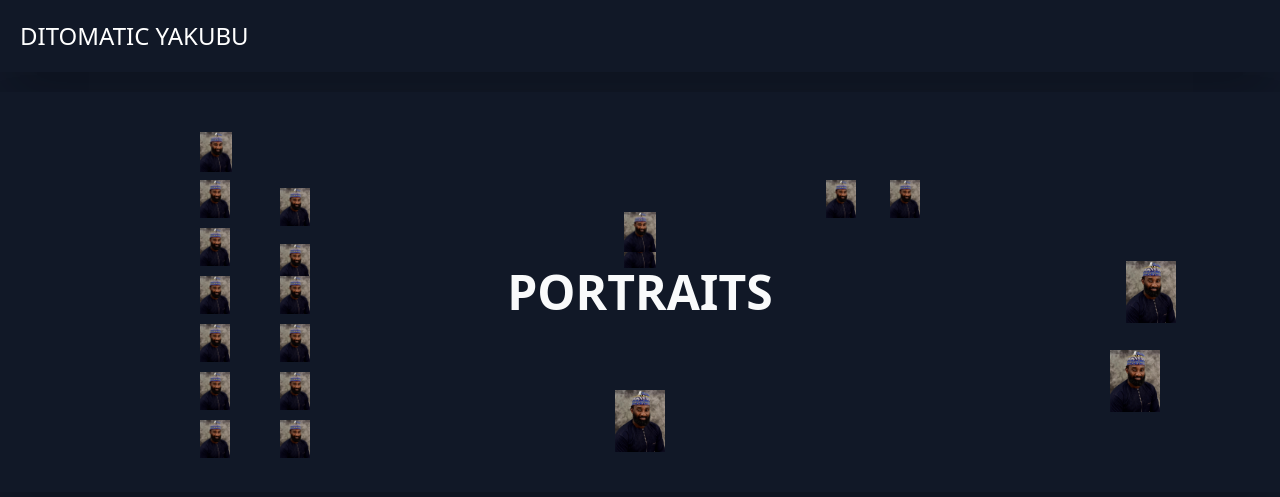
Repository: latenightsnacc/Ditomatic-Demo
Page: home.html
An editor plug-in stored every save of this project. The page is shown before and after the next save, followed by the edit.
The browser window is 1280 px wide. The pictures show the whole page.
Some web libraries are served in a nearby version.

Above is the page before, as saved 2021-02-24 12:17:45.

After the next save:
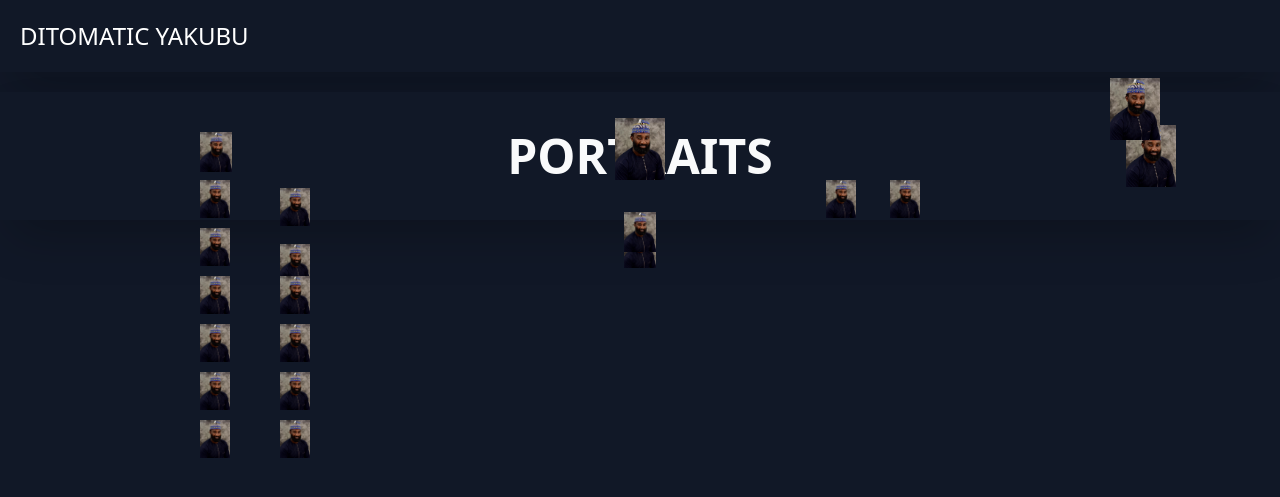
Saved 10 s later.
--- a/home.html
+++ b/home.html
@@ -36,7 +36,7 @@
     <div class="my-5"></div>
     <section class="bg-gray-900 shadow-2xl py-10">
         <div class="px-10">
-            <div class="flex justify-center items-center relative h-80">
+            <div class="flex justify-center items-center relative h-50">
                 <h2 class="font-bold text-gray-50 text-5xl uppercase">portraits</h2>
                 <!--First Row-->
                 <div class="absolute top-24 z-0 hover:z-50">
